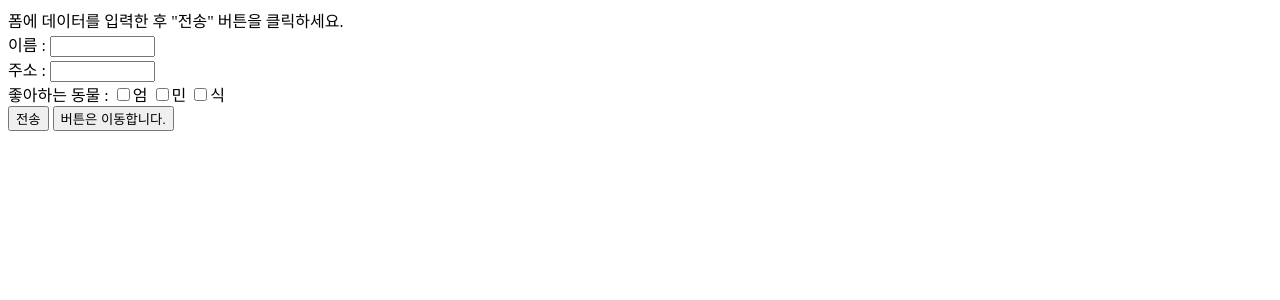
Repository: eParkjongtaek/lovedisket
Page: http://localhost/KH18_1/0905/12makeTestForm.jsp
An editor plug-in stored every save of this project. The page is shown before and after the next save, followed by the edit.
The browser window is 1280 px wide. The pictures show the whole page.
The page is served by Tomcat 9.

Above is the page before, as saved 2017-09-05 05:53:28.

After the next save:
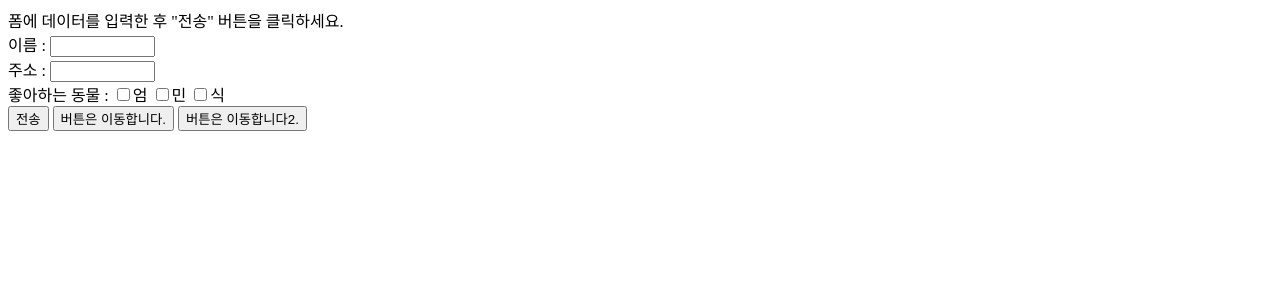
Saved 16 s later.
--- a/source/KH18_1/WebContent/0905/12makeTestForm.jsp
+++ b/source/KH18_1/WebContent/0905/12makeTestForm.jsp
@@ -29,7 +29,9 @@
 				<input type="checkbox" name="pet" value="식자바">식
 			<br/>
 			<input type="submit" value="전송">
-			<input id="move" type="button" value="버튼은 이동합니다." onclick="javascript:move_submit();">
+			<input id="move" type="button" value="버튼은 이동합니다." >
+			<input id="move" type="button" value="버튼은 이동합니다2." onclick="javascript:move_submit();">
+
 		</form>
 	</body>
 </html>
